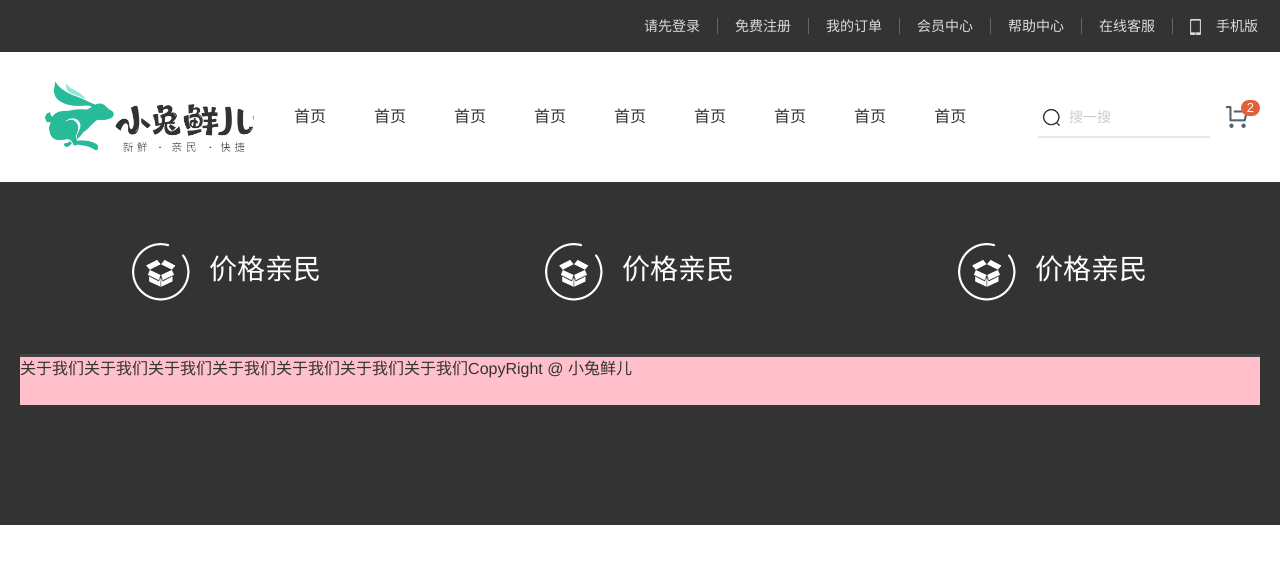
Repository: DengBiHua/xtx_pc_client
Page: index.html
An editor plug-in stored every save of this project. The page is shown before and after the next save, followed by the edit.
The browser window is 1280 px wide. The pictures show the whole page.

Above is the page before, as saved 2022-04-16 15:36:46.

After the next save:
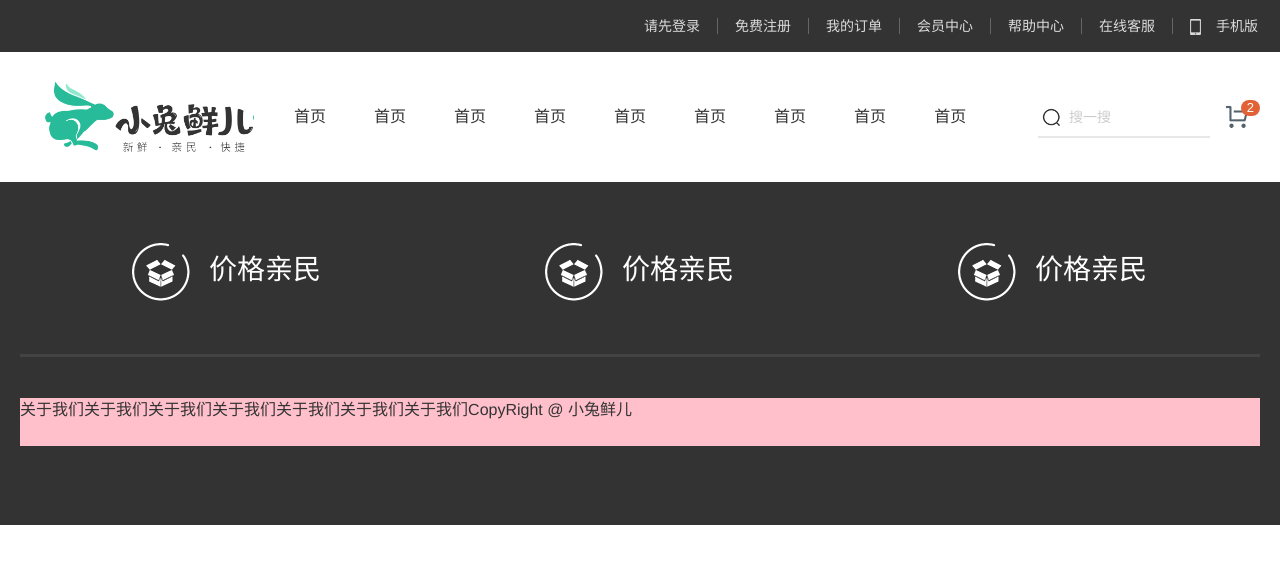
Saved 34 s later.
--- a/css/common.css
+++ b/css/common.css
@@ -172,6 +172,7 @@
 
 .footer .bottom {
     height: 48px;
+    margin-top: 41px;
     background-color: pink;
 }
 
